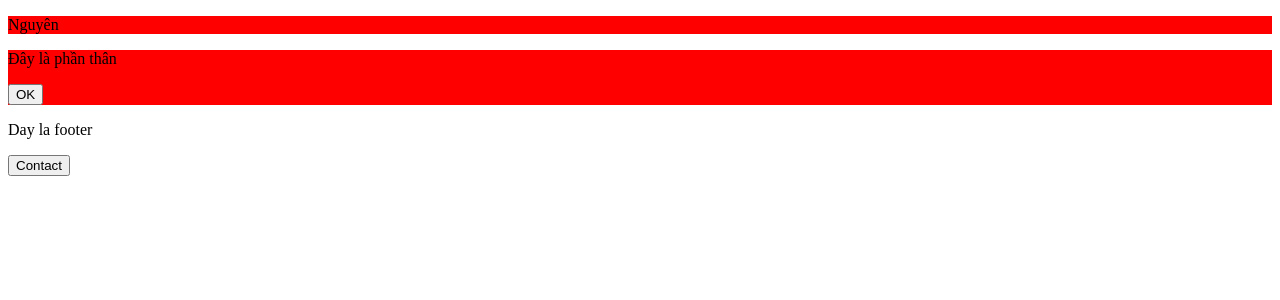
Repository: nguyenary/LeanSASS
Page: index.html
These files come from the project's save history. The page is drawn as it stood at one moment and after the next save; the edit follows.
The browser window is 1280 px wide. The pictures show the whole page.
The style sheet was rebuilt from its Sass, Less or Tailwind sources for each picture, by a compiler version that may differ from the author's.

Above is the page before, as saved 2021-09-04 22:46:07.

After the next save:
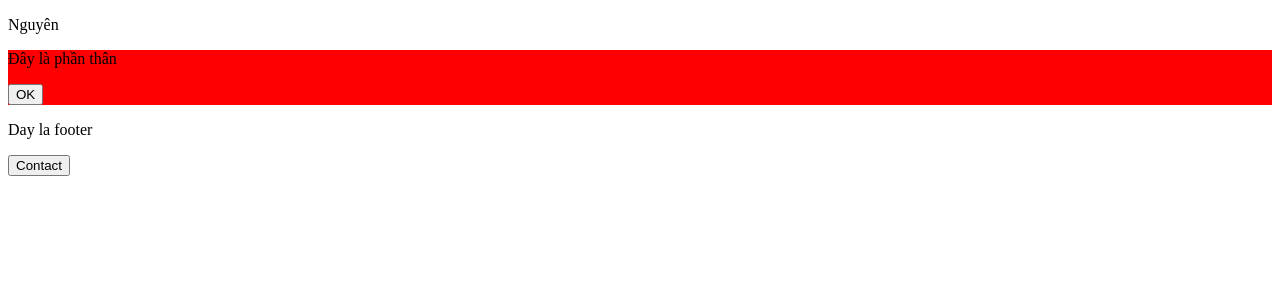
Saved 7 min 48 s later.
--- a/style/index.scss
+++ b/style/index.scss
@@ -1,5 +1,4 @@
 $main-color: red;
-@import 'header';
 
 section {
     background-color: $main-color;

After the save that followed:
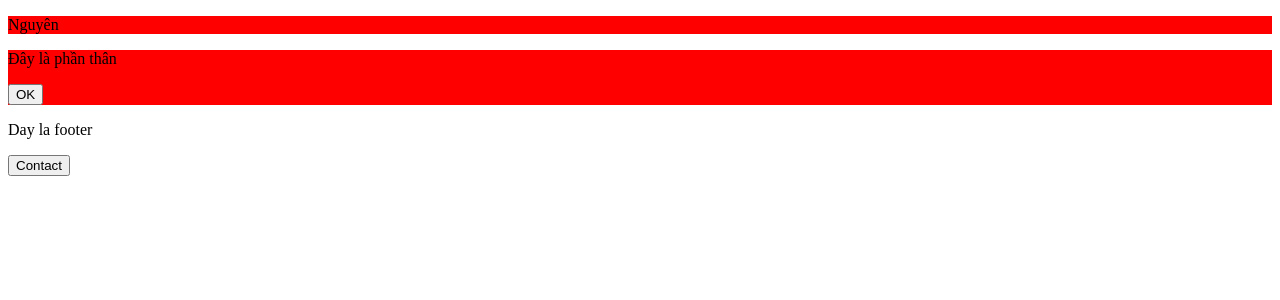
Saved 8 s later.
--- a/style/index.scss
+++ b/style/index.scss
@@ -1,4 +1,5 @@
 $main-color: red;
+@import 'header';
 
 section {
     background-color: $main-color;
